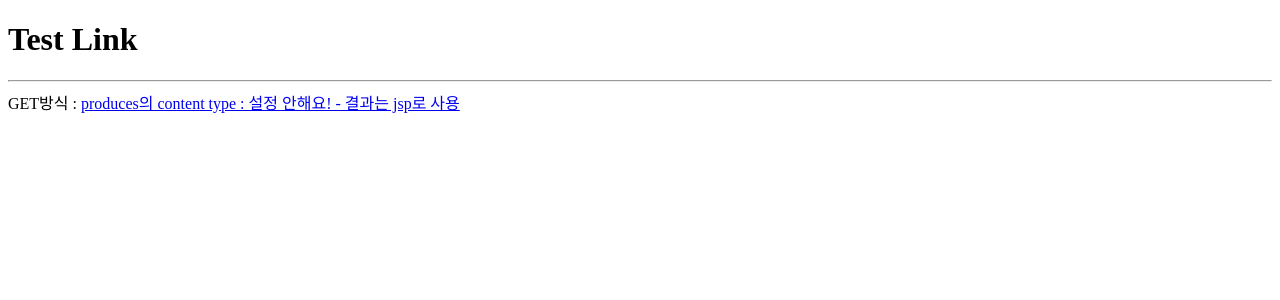
Repository: shashak23/spring_workspace
Page: springweb/src/main/webapp/resources/sample08/reuqestMappingProducesTest.html
An editor plug-in stored every save of this project. The page is shown before and after the next save, followed by the edit.
The browser window is 1280 px wide. The pictures show the whole page.

Above is the page before, as saved 2023-03-02 01:16:21.

### springweb/src/main/webapp/resources/sample08/reuqestMappingProducesTest.html
<!DOCTYPE html>
<html>
<head>
<meta charset="UTF-8">
<title>Insert title here</title>
</head>
<body>
	<h1>Test Link</h1>
	<hr>
	GET방식 :
	<a href="/springweb/testProduces1">produces의 content type : 설정 안해요! - 결과는 jsp로 사용</a>
</body>
</html>

After the next save:
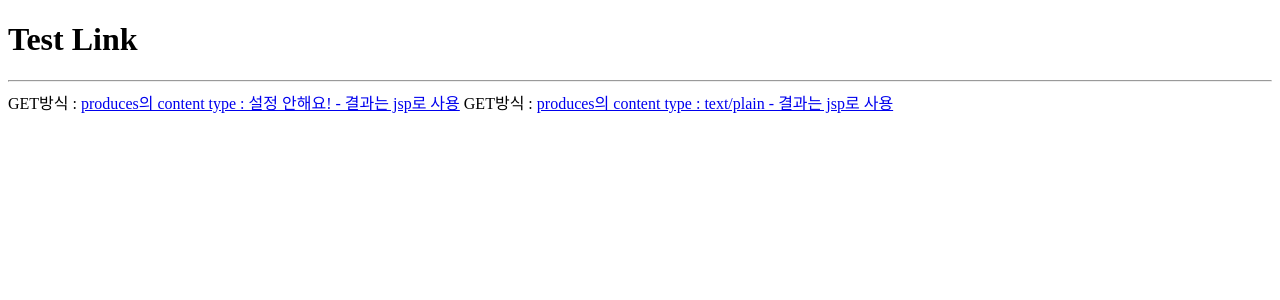
Saved 8 min 32 s later.
--- a/springweb/src/main/webapp/resources/sample08/reuqestMappingProducesTest.html
+++ b/springweb/src/main/webapp/resources/sample08/reuqestMappingProducesTest.html
@@ -9,5 +9,7 @@
 	<hr>
 	GET방식 :
 	<a href="/springweb/testProduces1">produces의 content type : 설정 안해요! - 결과는 jsp로 사용</a>
+	GET방식 :
+	<a href="/springweb/testProduces1">produces의 content type : text/plain - 결과는 jsp로 사용</a> <!-- 꺽쇠가있는 문자열로 인식함 -->
 </body>
 </html>
